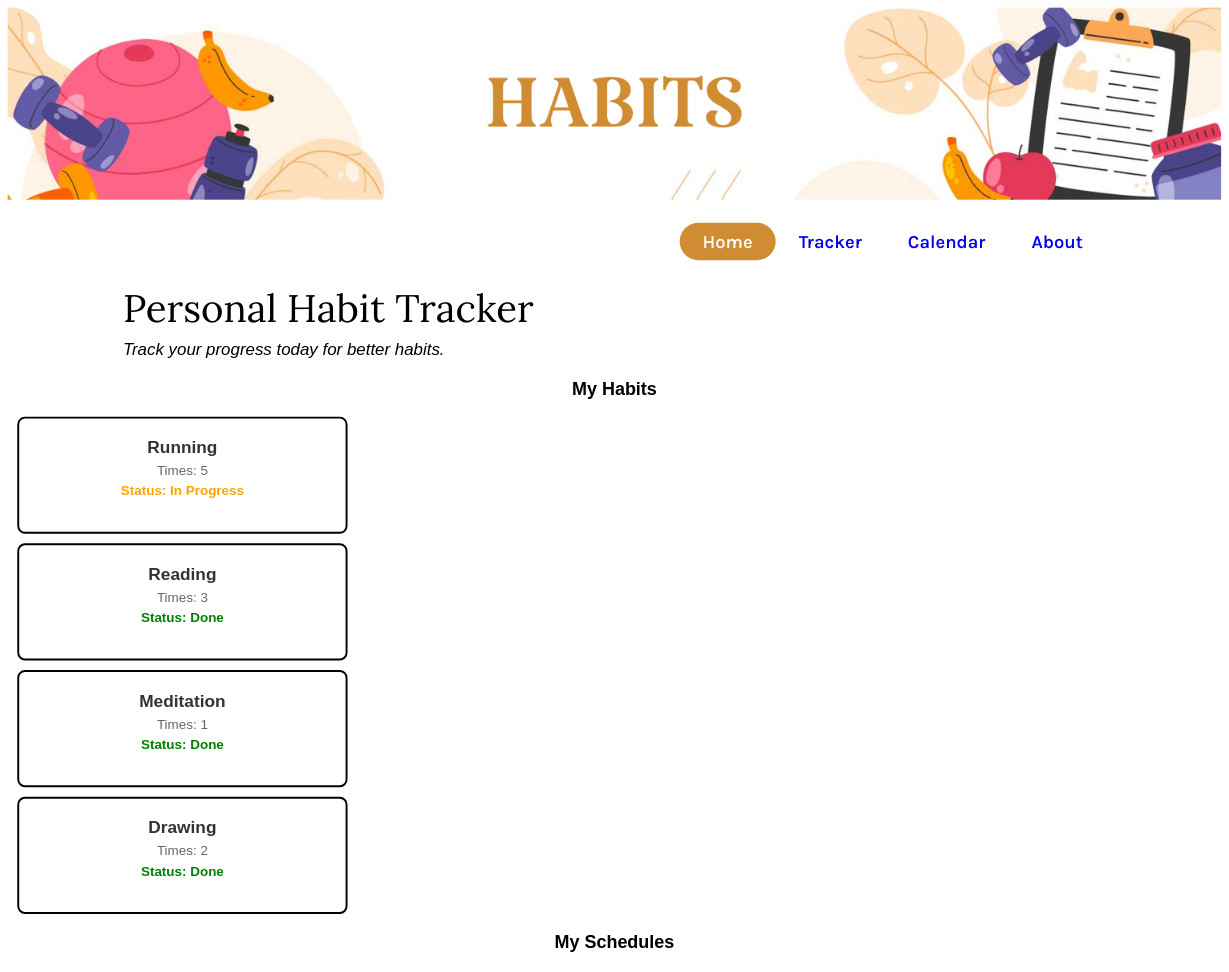
Repository: SandyLy453/habit-tracker
Page: http://localhost/
An editor plug-in stored every save of this project. The page is shown before and after the next save, followed by the edit.
The browser window is 1280 px wide. The pictures show the whole page, at 96% of full size.
The page is served by the project's Node server (server.js).

Above is the page before, as saved 2025-03-14 19:17:29.

### views/pages/home.ejs
<!DOCTYPE html>
<html lang="en">
<head>
    <meta charset="UTF-8">
    <meta name="viewport" content="width=device-width, initial-scale=1.0">
    <link rel="stylesheet" href="/styles.css">

    <!-- Fonts -->
    <link rel="preconnect" href="https://fonts.googleapis.com">
    <link rel="preconnect" href="https://fonts.gstatic.com" crossorigin>
    <link href="https://fonts.googleapis.com/css2?family=Karla:ital,wght@0,200..800;1,200..800&family=Roboto:ital,wght@0,100..900;1,100..900&display=swap" rel="stylesheet">

    <link rel="preconnect" href="https://fonts.googleapis.com">
    <link rel="preconnect" href="https://fonts.gstatic.com" crossorigin>
    <link href="https://fonts.googleapis.com/css2?family=Lora:ital,wght@0,400..700;1,400..700&display=swap" rel="stylesheet">
</head>
<body>
    <%- include('../partials/header', { activePage: 'home' }) %>
    <div class="heading_section">
        <h1>Personal Habit Tracker</h1>
        <p>Track your progress today for better habits.</p>
    </div>

    <section>
        <div>
            <h3>My Habits</h3>
            <div class="card">
                <div class="habit">
                    <h3>Running</h3>
                    <p>Times: 5</p>
                    <p class="status in-progress">Status: In Progress</p>
                </div>
            </div>
            <div class="card">
                <div class="habit">
                    <h3>Reading</h3>
                    <p>Times: 3</p>
                    <p class="status done">Status: Done</p>
                </div>
            </div>
            <div class="card">
                <div class="habit">
                    <h3>Meditation</h3>
                    <p>Times: 1</p>
                    <p class="status done">Status: Done</p>
                </div>
            </div>
            <div class="card">
                <div class="habit">
                    <h3>Drawing</h3>
                    <p>Times: 2</p>
                    <p class="status done">Status: Done</p>
                </div>
            </div>
        <div>
            <h3>My Schedules</h3>
        </div>
    </section>
</body>
</html>

### views/partials/header.ejs
<!DOCTYPE html>
<html lang="en">
<head>
    <meta charset="UTF-8">
    <meta name="viewport" content="width=device-width, initial-scale=1.0">
    <title>
        <%= typeof title != 'undefined' ? title : 'Page Title' %>
    </title>
    <link rel="stylesheet" href="/styles.css">
    <link rel="preconnect" href="https://fonts.googleapis.com">
    <link rel="preconnect" href="https://fonts.gstatic.com" crossorigin>
    <link href="https://fonts.googleapis.com/css2?family=Karla:ital,wght@0,200..800;1,200..800&family=Roboto:ital,wght@0,100..900;1,100..900&display=swap" rel="stylesheet">
</head>
<body>
    <header>
        <div class="header_container">
            <img src="<%= activePage === 'home' ? '/images/home_banner.png' : activePage === 'tracker' ? '/images/tracker_banner.png' : activePage === 'calendar' ? '/images/calendar_banner.png' : '/images/about_banner.png' %>" />
            <ul class="header">
                <li><a href="/" class="header_items <%= activePage === 'home' ? 'highlight' : '' %>">Home</a></li>
                <li><a href="/tracker" class="header_items <%= activePage === 'tracker' ? 'highlight' : '' %>">Tracker</a></li>
                <li><a href="/calendar" class="header_items <%= activePage === 'calendar' ? 'highlight' : '' %>">Calendar</a></li>
                <li><a href="/about" class="header_items <%= activePage === 'about' ? 'highlight' : '' %>">About</a></li>
              </ul>
        </div>
    </header>
</body>
</html>

### server.js
import pg from 'pg';
import express from 'express';
import bodyParser from 'body-parser';
import dotenv from 'dotenv';
import path from 'path';
import { fileURLToPath } from 'url';

const __filename = fileURLToPath(import.meta.url);
const __dirname = path.dirname(__filename);

dotenv.config();

// Database setup
const db = new pg.Client({
  user: process.env.DB_USER,
  host: process.env.DB_HOST,
  database: process.env.DB_DATABASE,
  password: process.env.DB_PASSWORD,
  port: process.env.DB_PORT,
});

db.connect()
  .then(() => {
    console.log('Connected to the database');
  })
  .catch(err => {
    console.error('Database connection error:', err.stack);
});

const app = express();
const port = 3000;

app.set('views', path.join(__dirname, 'views'));

// Middleware
app.use(bodyParser.urlencoded({ extended: true }));
app.use(express.static('public'));  // Serve static files from the public folder
app.set('view engine', 'ejs');

// Routes
app.get('/', (req, res) => {
  res.render('pages/home', {
    title: "Personal Habit Tracker",
    activePage: 'home',
    paragraph: "Track your progress today for better habits."
  });
});

app.get('/tracker', (req, res) => {
  res.render('pages/tracker', {
    title: "My Habits Tracker",
    activePage: 'tracker',
    paragraph: " "
  });
});

app.get('/calendar', (req, res) => {
  res.render('pages/calendar', {
    title: "My Calendar",
    activePage: 'calendar',
    paragraph: " "
  });
});

app.get('/about', (req, res) => {
  res.render('pages/about', {
    title: "About",
    activePage: 'about',
  });
});

app.listen(port, () => {
  console.log(`App listening at port ${port}`);
});

### public/styles.css
:root {
    --header-font: "Karla", sans-serif;
    --heading-font: "Lora", serif;

    --font-styles-bold: 600;
    --font-styles-regular: 400;
    --header-large: 1.2rem;
    --page-heading: 2.5rem;
    --page-details: 1.1rem;

    --highlight-color: #CF8C33;
}

body {
    font-family: Arial, sans-serif;
    text-align: center;
}

input, button {
    margin: 5px;
    padding: 8px;
}

/* Header */
.header_container img {
    margin: 0;
    padding: 0;
    display: block;
    width: 100%;
    height: 100%;
    object-fit: cover;
}

.header {
    display: flex;
    flex-direction: row;
    justify-content:flex-end;
    list-style: none;
    margin: 2rem 120px;
    font-family: var(--header-font);
    font-weight: var(--font-styles-bold);
    font-size: var(--header-large);
}

.header_items {
    text-decoration: none;
    padding: .5rem 1.5rem;
    border-radius: 20px;
}

.header_items.highlight {
    color: white;
    background-color: var(--highlight-color);
}

/* Home Page */
.heading_section {
    text-align: left;
    margin: 0 120px;
}

.heading_section h1 {
    font-family: var(--heading-font);
    font-weight: var(--font-styles-regular);
    font-size: var(--page-heading);
    margin-bottom: 0;
}

.heading_section p {
    font-size: var(--page-details);
    margin-top: .5rem;
    font-style: italic;
}

/* Home Page Cards */

.card {
    background-color: white;
    border-radius: 8px;
    border: 2px solid ;
    padding: 20px;
    width: 300px;
    margin: 10px;
}

.habit {
    margin-bottom: 15px;
}

.habit h3 {
    margin: 0;
    font-size: 18px;
    color: #333;
}

.habit p {
    margin: 5px 0;
    font-size: 14px;
    color: #666;
}

.status {
    font-weight: bold;
}

.status.in-progress {
    color: #ffa500;
}

.status.done {
    color: #008000;
}

After the next save:
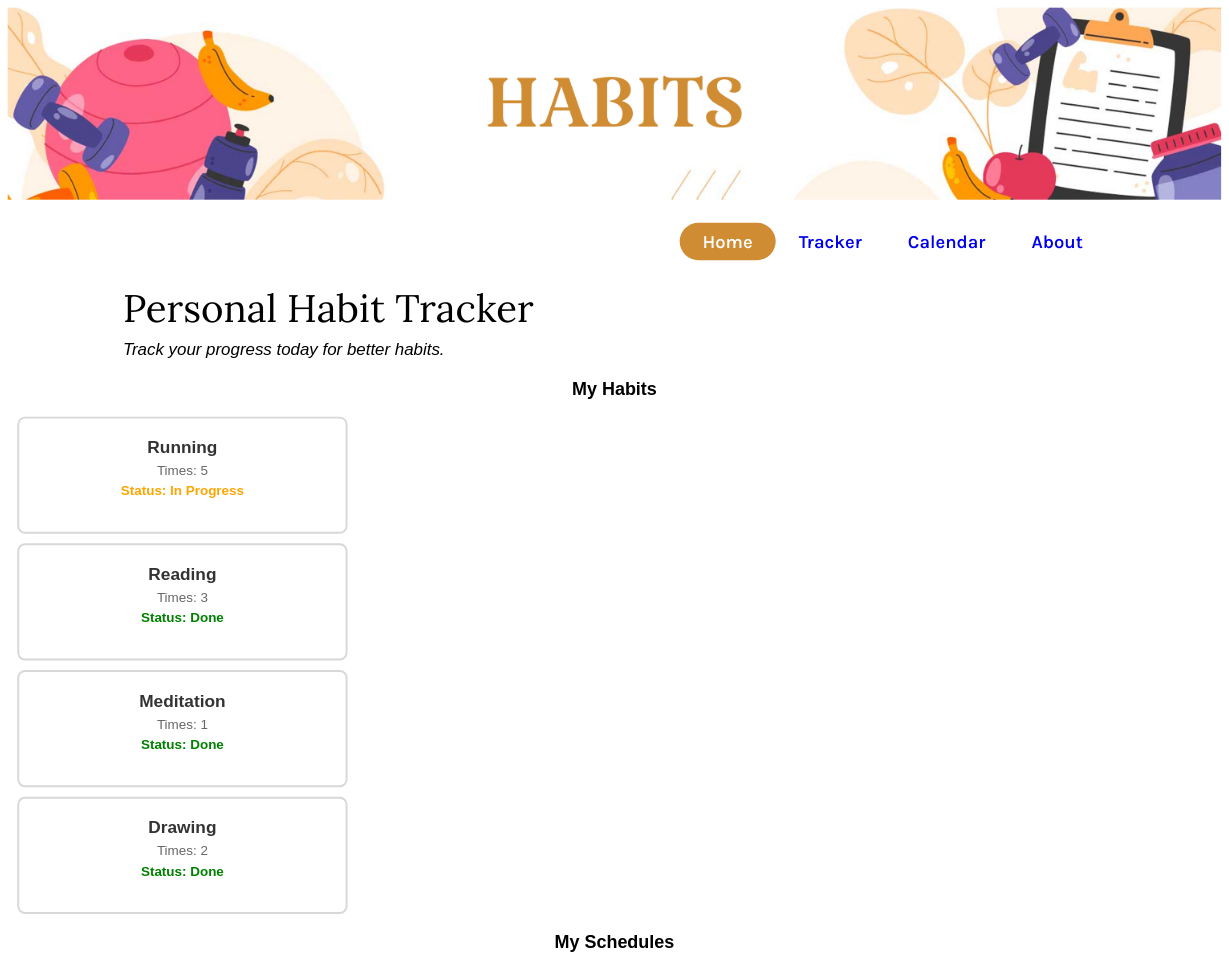
Saved 9 s later.
--- a/public/styles.css
+++ b/public/styles.css
@@ -77,7 +77,7 @@ input, button {
 .card {
     background-color: white;
     border-radius: 8px;
-    border: 2px solid ;
+    border: 2px solid #D8D8D8;
     padding: 20px;
     width: 300px;
     margin: 10px;
